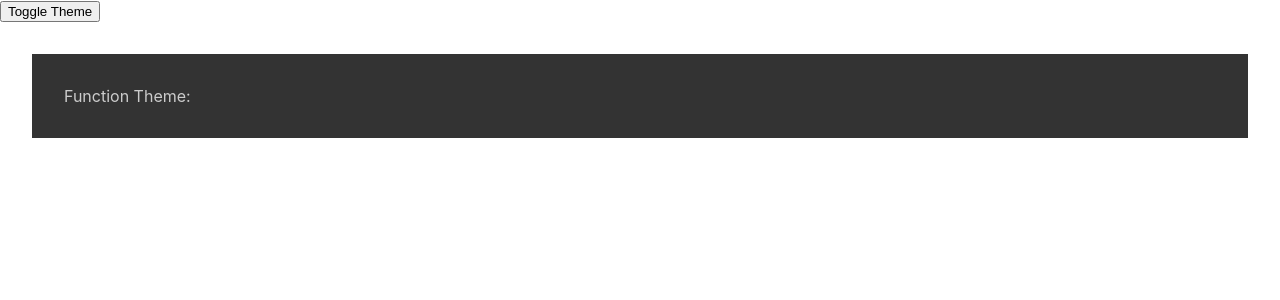
Repository: sinchana-p-iVoyant/theme-context
Page: /
These files come from the project's save history. The page is drawn as it stood at one moment and after a run of saves; the edit follows.
The browser window is 1280 px wide. The pictures show the whole page.
The project was rebuilt for these pictures with package versions that can differ from the ones it lists, and the page was loaded fresh each time.

Above is the page before, as saved 2023-12-13 18:55:38.

After the next 7 saves:
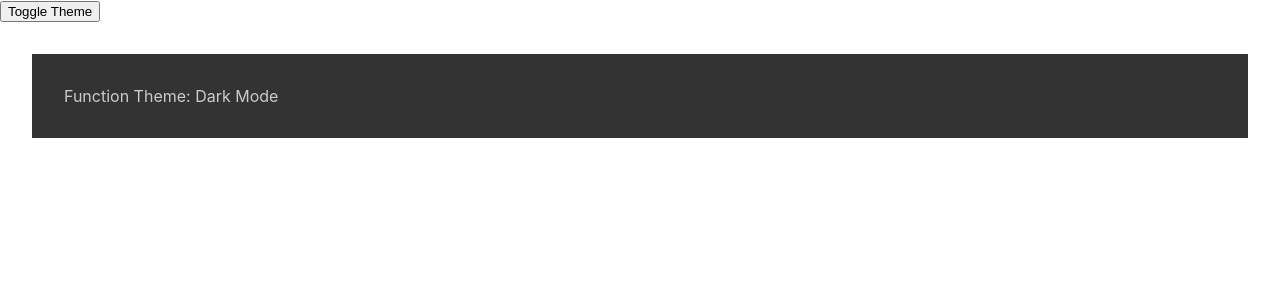
The 7 saves are shown as one change because 3 did not build or start and some came seconds apart.
The last was saved 33 s later.
--- a/src/FunctionContextComponent.jsx
+++ b/src/FunctionContextComponent.jsx
@@ -15,7 +15,7 @@ export default function FunctionContextComponent () {
     return (
         <>
             <button onClick={toggleTheme}>Toggle Theme</button>
-            <div style={themeStyles}>Function Theme: {  }</div>
+            <div style={themeStyles}>Function Theme: { darkTheme ? "Dark Mode" : "Light Mode" }</div>
         </>
     )
 }
